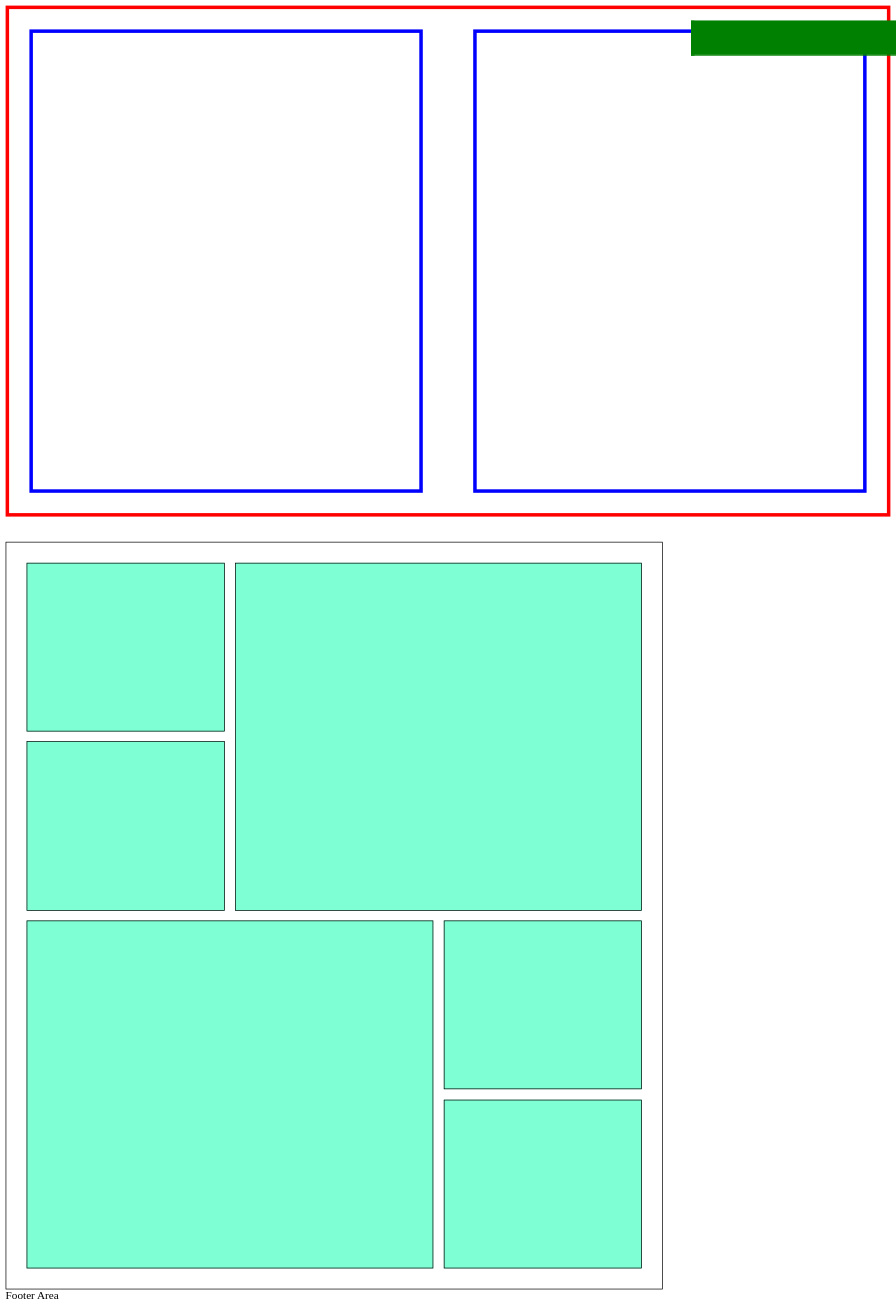
Repository: BwesewB/Brutalist-Website
Page: /
The author's editor kept a copy of each file at every save. The page is drawn from the files as they stood at one save, then again after the next save.
The browser window is 1280 px wide. The pictures show the whole page, at 70% of full size.
The project was rebuilt for these pictures with package versions that can differ from the ones it lists, and the page was loaded fresh each time. The framework's server and built-in components were replaced by stand-ins that run in the browser. Also part of the build but not shown: next.config.mjs.

Above is the page before, as saved 2024-02-03 17:33:31.

### pages/index.js
import Head from "next/head";
import Image from "next/image";
import styles from "@/styles/Home.module.css";
import { useState } from "react";



export default function Home() {

  const[input,setInput] = useState();


  const classFilters = {
    1: 'Magician',
    2: 'Theif',
    4: 'Warrior',
    8: 'Bowman',
    16: 'Pirate',
    32: 'Nothing'
  }

const getClassStyle = flagValue => (input & flagValue) > 0 ? { backgroundColor: 'yellow'} : null;

  return (
    <>
      <Head>
        <title>Create Next App</title>
        <meta name="description" content="Generated by create next app" />
        <meta name="viewport" content="width=device-width, initial-scale=1" />
        <link rel="icon" href="/favicon.ico" />
      </Head>
      <main className={`${styles.main}`}>
        <div className={styles.titlePage}>
          <div className={styles.graphic}></div>
          <div className={styles.displayPanel}>
            <div className={styles.inputArea}></div>
          </div>
        </div>
        <div className={styles.displayArea}>
          <div className={styles.posterOne}></div>
          <div className={styles.posterTwo}></div>
          <div className={styles.posterThree}></div>
          <div className={styles.posterFour}></div>
          <div className={styles.posterFive}></div>
          <div className={styles.posterSix}></div>
        </div>
      </main>
      <footer>
        Footer Area
      </footer>
    </>
  );
}

{/* <div class="inputArea">
<input
id="input"
type="text"
placeholder="bitmask decimal value"
value={input}
onChange={event => setInput(event.target.value)}
/>
</div>
<div class="posterArea" >                                                             need to change to posters
<table>
  <tbody>
    {
      Object.keys(classFilters).map(item => (
        <tr key={item} style={getClassStyle(item)}>
          <td>{item}</td>
          <td>{classFilters[item]}</td>
        </tr>
      ))
    }
  </tbody>
</table>
</div> */}

### styles/globals.css
:root{

}

### styles/Home.module.css
.main {
  display:grid;
  grid-template-columns: repeat(4, 1fr);
  gap:5vh;
}

/* <div class="titlePage">
<div class="graphic"></div>
<div class="inputArea"></div>
</div>
<div class="displayArea">
<div class="posterOne"></div>
<div class="posterTwo"></div>
<div class="posterThree"></div>
<div class="posterFour"></div>
<div class="posterFive"></div>
<div class="posterSix"></div>
</div> */

.titlePage{
  height:100vh;
  grid-column: 1/5;
  border: 5px solid red;
/*---------------------------------------------------------------------------------------------------------*/
  display:grid;
  grid-template-columns: repeat(2, 1fr);
  gap:2vh;
}

.graphic, .displayPanel{
  border: 5px solid blue;
  margin:4vh;
}

.graphic{
  grid-column: 1/2;

}

.displayPanel{
  grid-column: 2/3;
  grid-template-columns: repeat(2, 1fr);
  gap:4vh
}

.inputArea{
  position:sticky;
  border-left: 5px solid green;
  background-color: green;
  position: fixed;
  top: 4vh;
  left: 137.1vh;
  width: 25%;
  height: 50px;
}

/*---------------------------------------------------------------------------------------------------------*/
.displayArea {
  grid-column: 1/4;
/*--------------------------------------------------------------------------------------------------------- This needs to be in a component*/
  display: grid;
  grid-template-columns: repeat(3, 1fr);
  grid-template-rows: repeat(4, 1fr);
  gap: 2vh;
  border: 1px solid black;
  height:140vh;
  padding: 4vh;
}
/*---------------------------------------------------------------------------------------------------------*/

.posterOne,
.posterTwo,
.posterThree,
.posterFour,
.posterFive,
.posterSix {
  background-color: aquamarine;
  border: 1px solid black;
}

.posterTwo{
  grid-column: 2/4;
  grid-row: 1/3;
}

.posterFour{
  grid-column: 1/3;
  grid-row: 3/5;
}

Loaded but not shown: pages/_app.js (common file); pages/_document.js (common file)

After the next save:
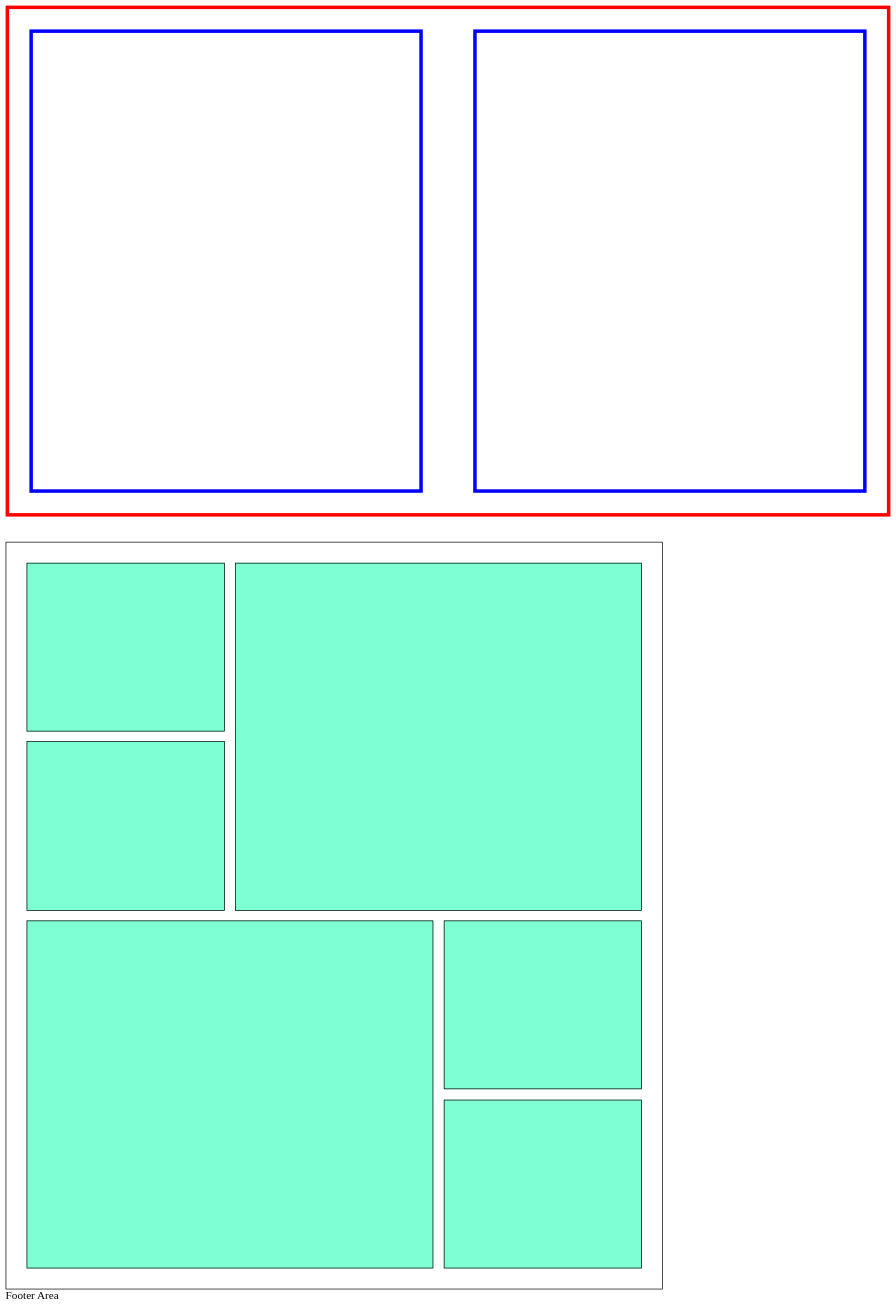
Saved 3 min 6 s later.
--- a/styles/Home.module.css
+++ b/styles/Home.module.css
@@ -44,14 +44,6 @@
 }
 
 .inputArea{
-  position:sticky;
-  border-left: 5px solid green;
-  background-color: green;
-  position: fixed;
-  top: 4vh;
-  left: 137.1vh;
-  width: 25%;
-  height: 50px;
 }
 
 /*---------------------------------------------------------------------------------------------------------*/
